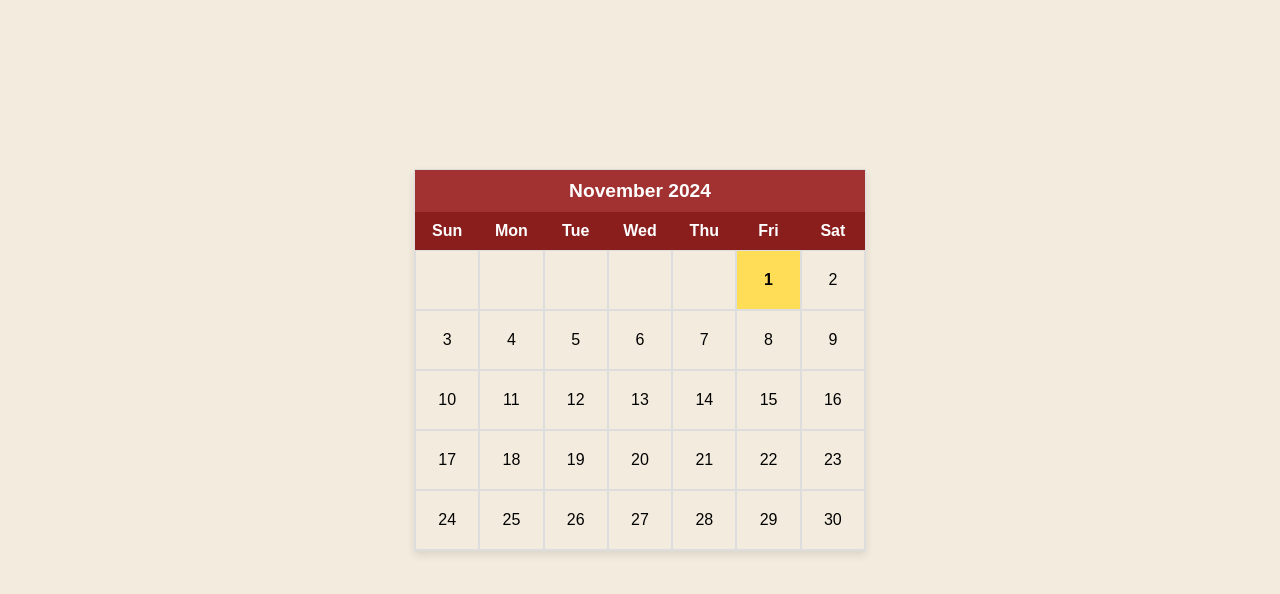
Repository: carrascokarencb37-afk/Nuura
Page: html/calendario.html
An editor plug-in stored every save of this project. The page is shown before and after the next save, followed by the edit.
The browser window is 1280 px wide. The pictures show the whole page.

Above is the page before, as saved 2026-05-28 23:31:02.

After the next save:
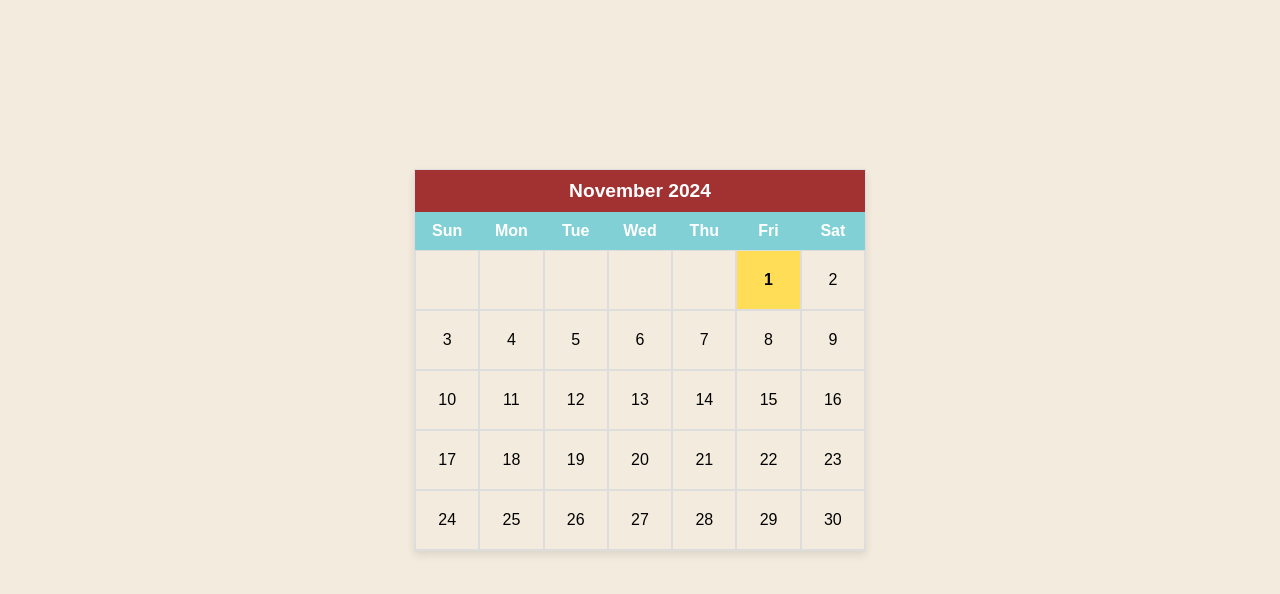
Saved 17 s later.
--- a/css/cale.css
+++ b/css/cale.css
@@ -31,7 +31,7 @@
         .calendar-days {
             display: grid;
             grid-template-columns: repeat(7, 1fr);
-            background-color:#841313f1;
+            background-color:#7bcfd6f1;
             color: white;
         }
 
